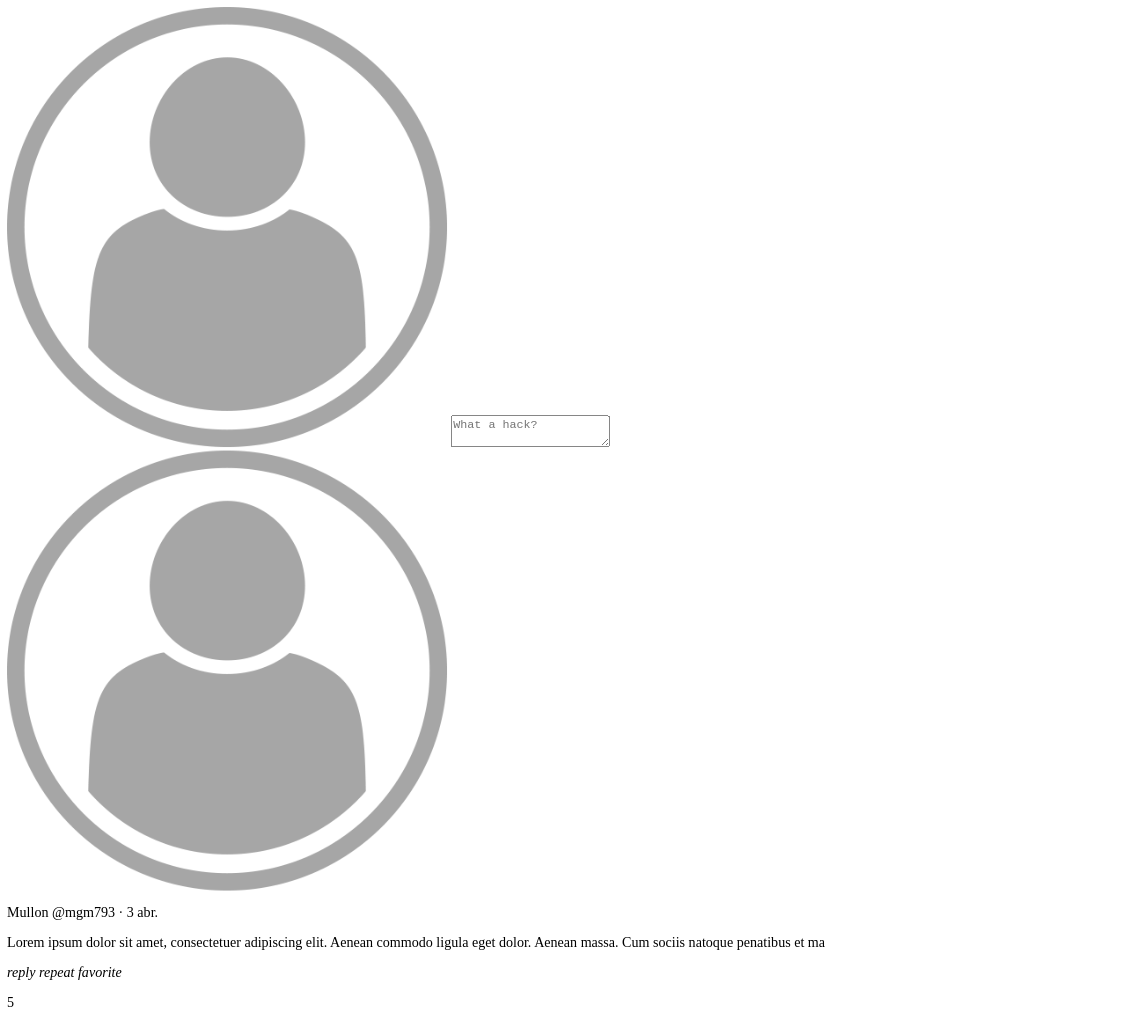
Repository: mgm793/EPAW
Page: http://localhost/Twitter/Time.jsp
The author's editor kept a copy of each file at every save. The page is drawn from the files as they stood at one save, then again after the next save.
The browser window is 1280 px wide. The pictures show the whole page, at 88% of full size.
The page is served by Tomcat 9.

Above is the page before, as saved 2017-05-22 16:44:49.

After the next save:
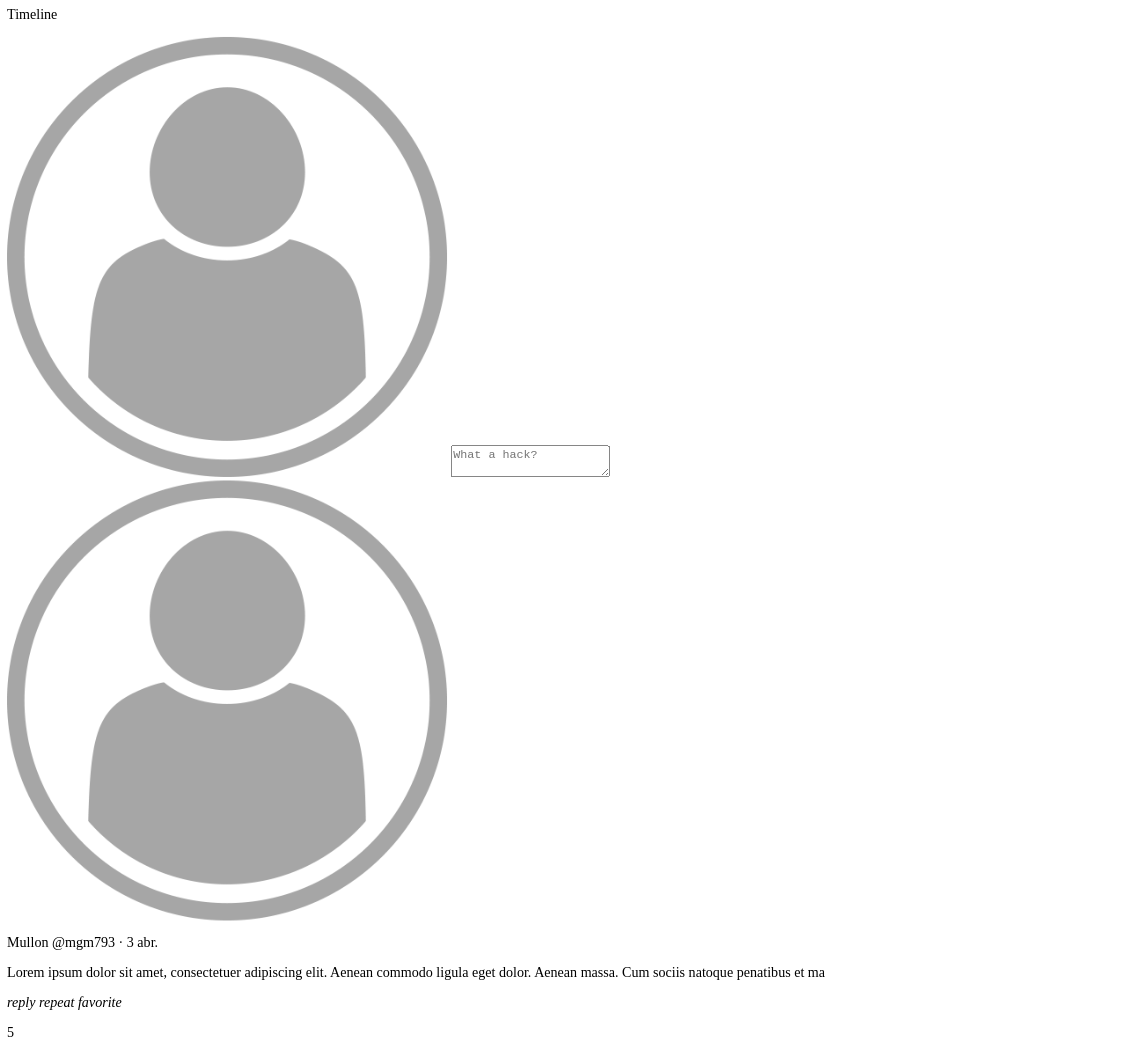
Saved 2 min 2 s later.
--- a/Twitter/WebContent/Time.jsp
+++ b/Twitter/WebContent/Time.jsp
@@ -2,6 +2,7 @@
 
 </div>
 <div class="bodyCenter">
+	<p class="type"> Timeline </p>
 	<div class="input">
 		<img src="imgs/logo_user.png" alt="img">
 		<textarea id="inputTweet" maxlength="140" placeholder="What a hack?"></textarea>
